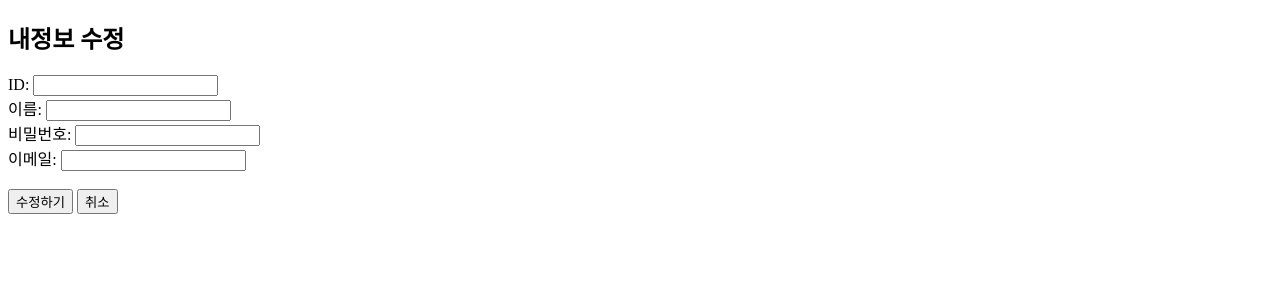
Repository: ejkim9090/FinalProject
Page: http://localhost/semiproject/myinfo
An editor plug-in stored every save of this project. The page is shown before and after the next save, followed by the edit.
The browser window is 1280 px wide. The pictures show the whole page.
The page is served by Tomcat 9.

Above is the page before, as saved 2023-02-21 12:12:51.

After the next save:
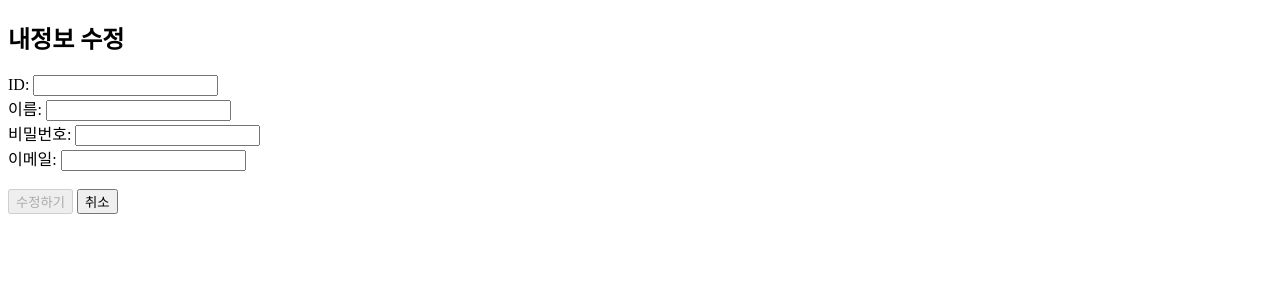
Console error: SyntaxError: Unexpected token '}'
Saved 8 min 42 s later.
--- a/java/semiproject/WebContent/WEB-INF/view/myinfo.jsp
+++ b/java/semiproject/WebContent/WEB-INF/view/myinfo.jsp
@@ -24,12 +24,27 @@
 		이메일:
 		<input type="email" value="${lgnss.email }" name="email">
 		<br><br>
-		<button type="submit">수정하기</button>
+		<button type="submit" disabled = "disabled">수정하기</button>
 		<button type="button" class="btn main">취소</button>
 	</section>
 
 	<script>
+
+	let isNameNull = false; // 이름칸이 널인지?
+	let isEmailNull = false; // 이메일칸이 널인지?
+	let isPasswdVaild = false; // password 조건이 부합한지
+
 	$("#passwd").on("input", invalidChkPasswd);
+	$("#name").on("input", nullChkName);
+	$("#email").on("input", nullChkEmail);
+
+	function setButtonState() {
+		if(!isNameNull && !isEmailNull && isPasswdValid) {
+			$("button[type=submit]").removeAttr("disabled");
+		} else {
+			$("button[type=submit]").attr("disabled", "disabled");
+		}
+	}
 
 	function invalidChkPasswd() {
 			let pass = $("#passwd").val();
@@ -37,11 +52,39 @@
 			if(pass.length < 5) {
 				$("#invaildChk").html("패스워드가 5글자 이하입니다. 5글자 이상으로 작성해 주세요.");
 				$("#invaildChk").css("color", "red");
+				isPasswdValid = false;
+				setButtonState();
 			} else {
 				$("#invaildChk").html("패스워드가 5글자 이상입니다.");
 				$("#invaildChk").css("color", "green");
+				isPasswdValid = true;
+				setButtonState();
 			}
 		}
+
+		function nullChkName() {
+			let name = $("#name").val();
+			if(name === null) {
+				isNameNull = true;
+				setButtonState();
+			} else {
+				isNameNull = false;
+				setButtonState();
+			}
+		}
+
+		function nullChkEmail() {
+			let email = $("#email").val();
+			if(email === null) {
+				isEmailNull = true;
+				setButtonState();
+			} else {
+				isEmailNull = false;
+				setButtonState();
+			}
+		}
+
+	}
 	</script>
 </body>
 </html>
